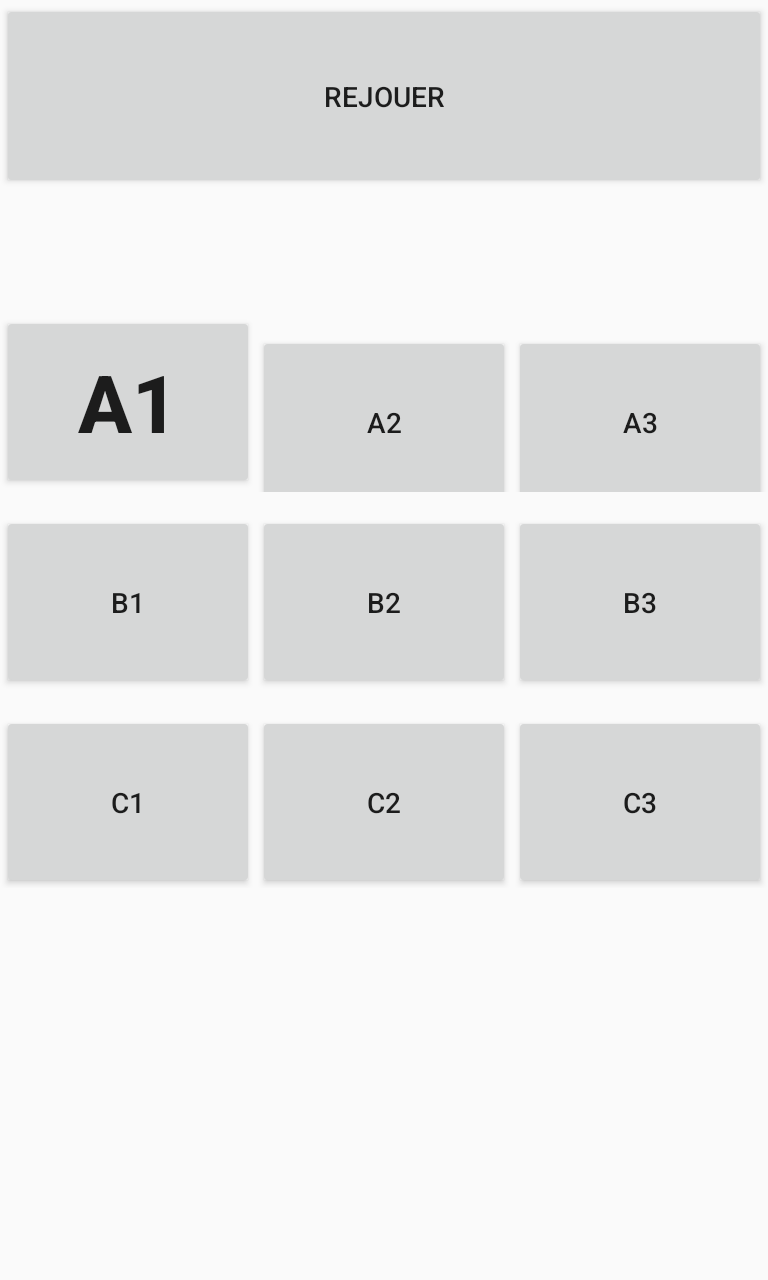
Repository: chakrinamo/Projet_S4_TicTacToe
Layout: Tic_Tac_Toe/res/layout/activity_main.xml
These files come from the project's save history. The layout is drawn as it stood at one moment and after the next save; the edit follows.
It is drawn on a 768 x 1280 px phone screen (xhdpi) without system bars, with theme AppTheme; the app's code is not run.

Above is the layout before, as saved 2015-02-24 05:54:40.

After the next save:
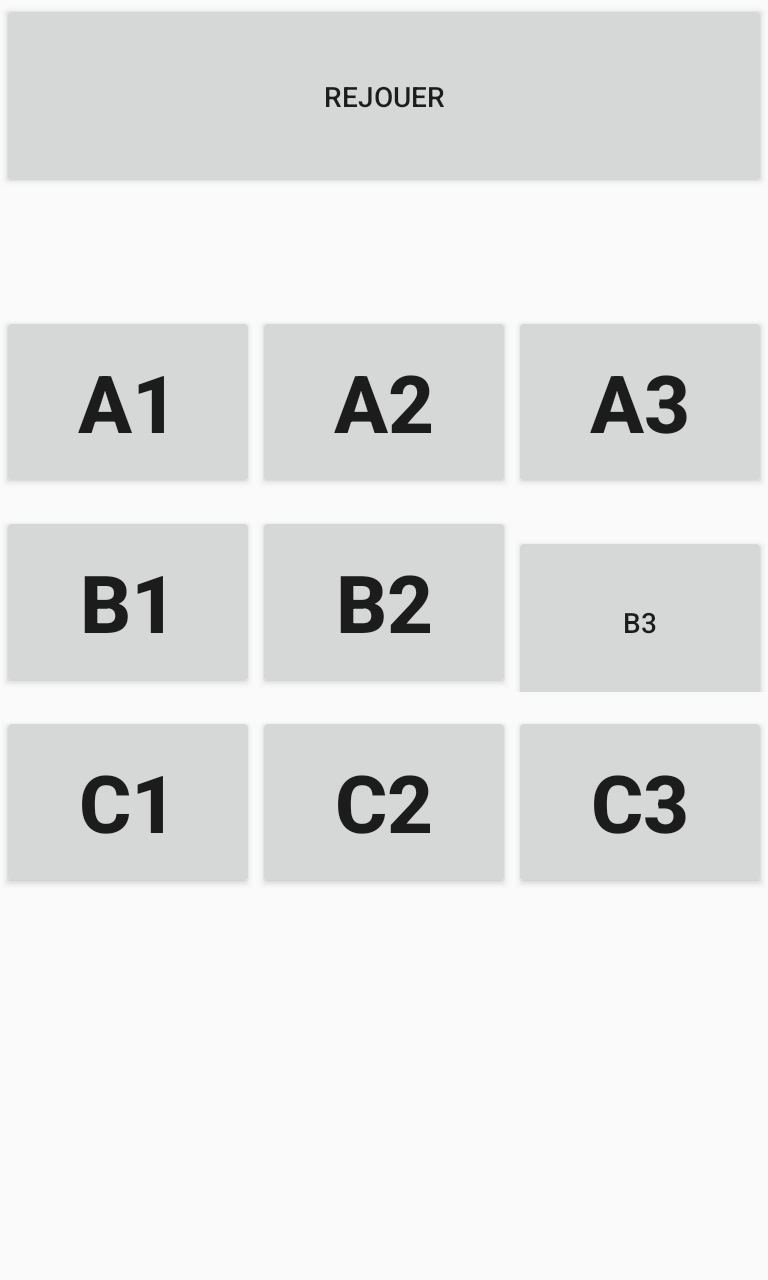
Saved 2 min 41 s later.
--- a/Tic_Tac_Toe/res/layout/activity_main.xml
+++ b/Tic_Tac_Toe/res/layout/activity_main.xml
@@ -39,14 +39,18 @@
             android:layout_width="fill_parent"
             android:layout_height="90dp"
             android:layout_weight="1"
-            android:text="A2" />
+            android:text="A2"
+            android:textSize="40dp"
+            android:textStyle="bold" />
 
         <Button
             android:id="@+id/A3"
             android:layout_width="fill_parent"
             android:layout_height="90dp"
             android:layout_weight="1"
-            android:text="A3"/>
+            android:text="A3"
+            android:textSize="40dp"
+            android:textStyle="bold"/>
     </LinearLayout>
 
     <LinearLayout
@@ -60,14 +64,18 @@
             android:layout_width="fill_parent"
             android:layout_height="90dp"
             android:layout_weight="1"
-            android:text="B1"/>
+            android:text="B1"
+            android:textSize="40dp"
+            android:textStyle="bold"/>
 
         <Button
             android:id="@+id/B2"
             android:layout_width="fill_parent"
             android:layout_height="90dp"
             android:layout_weight="1"
-            android:text="B2"/>
+            android:text="B2"
+            android:textSize="40dp"
+            android:textStyle="bold"/>
 
         <Button
             android:id="@+id/B3"
@@ -88,21 +96,27 @@
             android:layout_width="fill_parent"
             android:layout_height="90dp"
             android:layout_weight="1"
-            android:text="C1"/>
+            android:text="C1"
+            android:textSize="40dp"
+            android:textStyle="bold"/>
 
         <Button
             android:id="@+id/C2"
             android:layout_width="fill_parent"
             android:layout_height="90dp"
             android:layout_weight="1"
-            android:text="C2"/>
+            android:text="C2"
+            android:textSize="40dp"
+            android:textStyle="bold"/>
 
         <Button
             android:id="@+id/C3"
             android:layout_width="fill_parent"
             android:layout_height="90dp"
             android:layout_weight="1"
-            android:text="C3"/>
+            android:text="C3"
+            android:textSize="40dp"
+            android:textStyle="bold"/>
     </LinearLayout>
 
 </LinearLayout>
